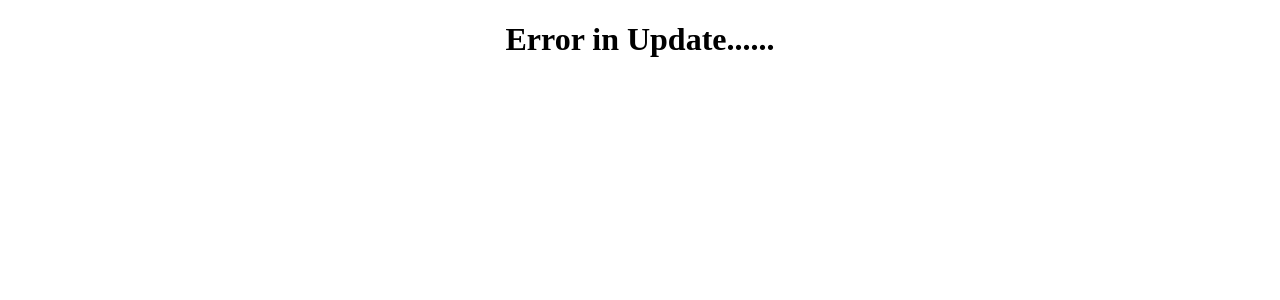
Repository: gajanansp07/Advance_Java_Practice
Page: http://localhost/JDBCCURD/updateMyRecordone.jsp
An editor plug-in stored every save of this project. The page is shown before and after the next save, followed by the edit.
The browser window is 1280 px wide. The pictures show the whole page.
The page is served by Tomcat 9. Queries for data that is not in the repository find no rows.

Above is the page before, as saved 2022-03-18 11:44:07.

After the next save:
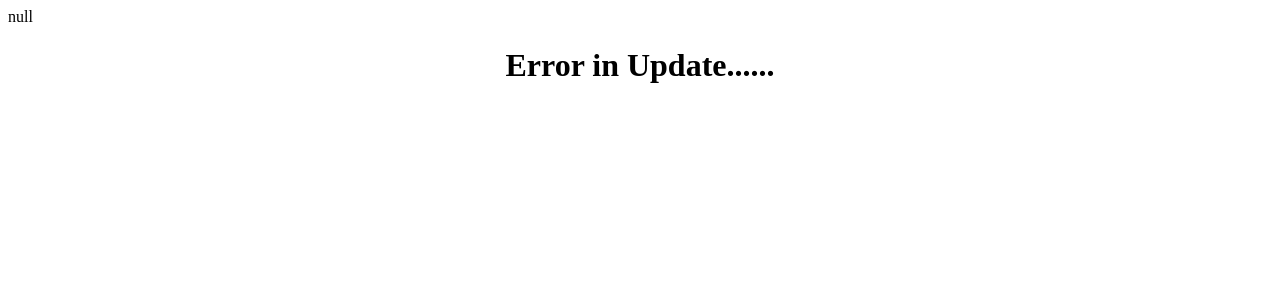
Saved 39 s later.
--- a/JDBCCURD/src/main/webapp/updateMyRecordone.jsp
+++ b/JDBCCURD/src/main/webapp/updateMyRecordone.jsp
@@ -23,6 +23,7 @@
 
 	String mytest="UPDATE registration SET PASSWORD='ADMIN', COUNTRY='India' where email='ganesh@gmail.com'";
 	String sql ="Update registration SET NAME=?, PASSWORD=?, EMAIL=?, PHONE=?, GENDER=?, ADDRESS=?, COUNTRY=? WHERE email=?";
+	out.println(email);
 	PreparedStatement ps =con.prepareStatement(sql);
 	ps.setString(1, ename);
 	ps.setString(2, epass);
